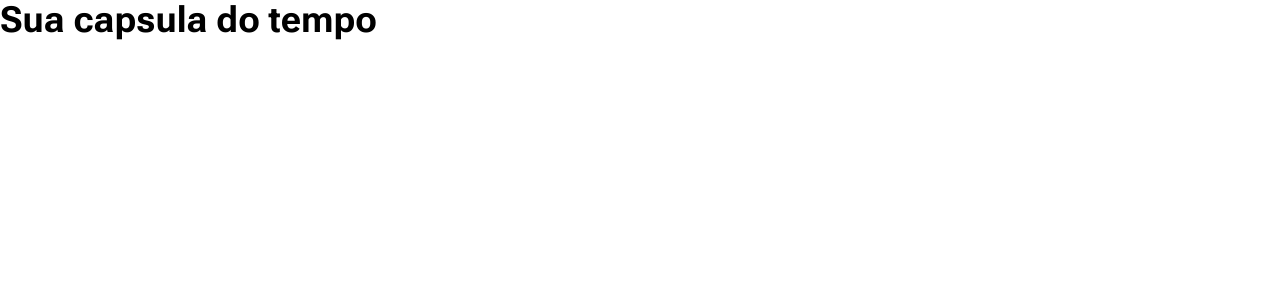
Repository: viniimartins/NLWSpacetime
Page: /
The author's editor kept a copy of each file at every save. The page is drawn from the files as they stood at one save, then again after the next save.
The browser window is 1280 px wide. The pictures show the whole page.
Some web fonts or font styles are not loaded; a fallback is used. The project was rebuilt for these pictures with package versions that can differ from the ones it lists, and the page was loaded fresh each time. The framework's server and built-in components were replaced by stand-ins that run in the browser. Also part of the build but not shown: next.config.js.

Above is the page before, as saved 2023-05-17 15:34:55.

### src/app/layout.tsx
import React from "react";
import "./globals.css";
import {
  Roboto_Flex as Roboto,
  Bai_Jamjuree as BaiJamjuree,
} from "next/font/google";

const roboto = Roboto({ subsets: ["latin"], variable: "--font-roboto" });
const baiJamjuree = BaiJamjuree({
  subsets: ["latin"],
  weight: "700",
  variable: "--font-bai-Jamjuree",
});

export const metadata = {
  title: "NLW Spacetime",
  description: "Uma cápsula do tempo contruido com REact, Next.js, TailwindCSS e TypeScript",
};

export default function RootLayout({
  children,
}: {
  children: React.ReactNode;
}) {
  return (
    <html lang="en">
      <body className={`${roboto.variable}  ${baiJamjuree.variable} font-sans`}>
        {children}
      </body>
    </html>
  );
}

### src/app/page.tsx
export default function Home() {
  return (
    <div className="h-screen bg-zinc-950 text-zinc-50">
      <h1 className=" text-4xl font-bold ">Sua capsula do tempo</h1>
    </div>
  );
}

### tailwind.config.js
/** @type {import('tailwindcss').Config} */
module.exports = {
  content: [
    './src/pages/**/*.{js,ts,jsx,tsx,mdx}',
    './src/components/**/*.{js,ts,jsx,tsx,mdx}',
    './src/app/**/*.{js,ts,jsx,tsx,mdx}',
  ],
  theme: {
    extend: {
      fontFamily: {
        sans: 'var(--font-roboto)',
        alt: 'var(--font-bai-jamjuree)'
      }
    },


    colors: {
      gray: {
        50: '#eaeaea',
        100: '#bebebf',
        200: '#9e9ea0',
        300: '#727275',
        400: '#56565a',
        500: '#2c2c31',
        600: '#28282d',
        700: '#1f1f23',
        800: '#18181b',
        900: '#121215',
      },
      purple: {
        50: '#f3eefc',
        100: '#d8cbf7',
        200: '#c6b2f3',
        300: '#ab8eee',
        400: '#9b79ea',
        500: '#8257e5',
        600: '#764fd0',
        700: '#5c3ea3',
        800: '#48307e',
        900: '#372560',
      },
      green: {
        50: '#e6fbef',
        100: '#b1f1ce',
        200: '#8cebb6',
        300: '#57e295',
        400: '#36dc81',
        500: '#04d361',
        600: '#04c058',
        700: '#039645',
        800: '#027435',
        900: '#025929',
      },
    },
  },
  plugins: [],
}

Loaded but not shown: src/app/globals.css (common file)

After the next save:
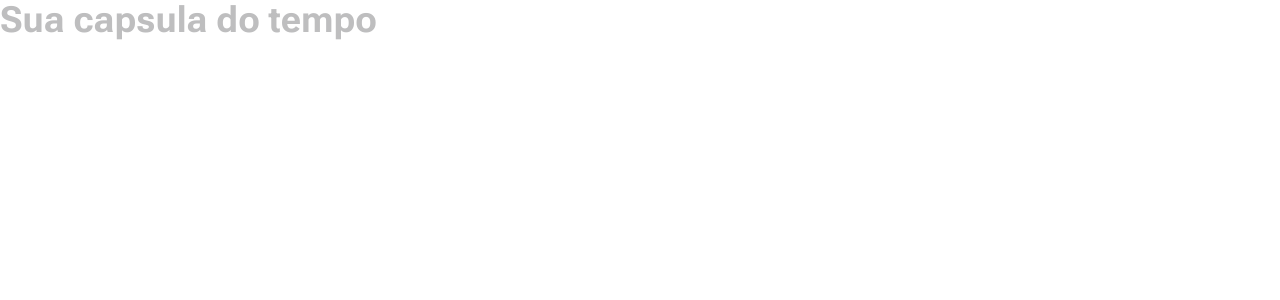
Saved 54 s later.
--- a/src/app/layout.tsx
+++ b/src/app/layout.tsx
@@ -24,7 +24,7 @@
 }) {
   return (
     <html lang="en">
-      <body className={`${roboto.variable}  ${baiJamjuree.variable} font-sans`}>
+      <body className={`${roboto.variable}  ${baiJamjuree.variable} font-sans text-gray-100`}>
         {children}
       </body>
     </html>

After the save that followed:
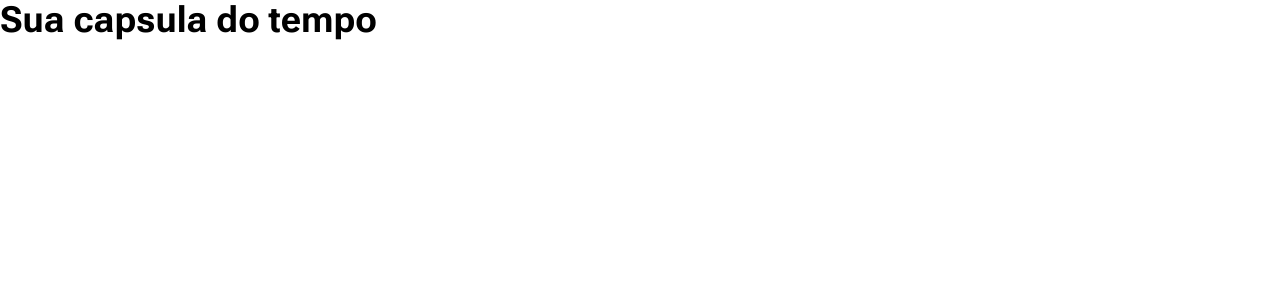
Saved 7 s later.
--- a/src/app/layout.tsx
+++ b/src/app/layout.tsx
@@ -24,7 +24,7 @@
 }) {
   return (
     <html lang="en">
-      <body className={`${roboto.variable}  ${baiJamjuree.variable} font-sans text-gray-100`}>
+      <body className={`${roboto.variable}  ${baiJamjuree.variable} font-sans bg-ftext-gray-100`}>
         {children}
       </body>
     </html>
